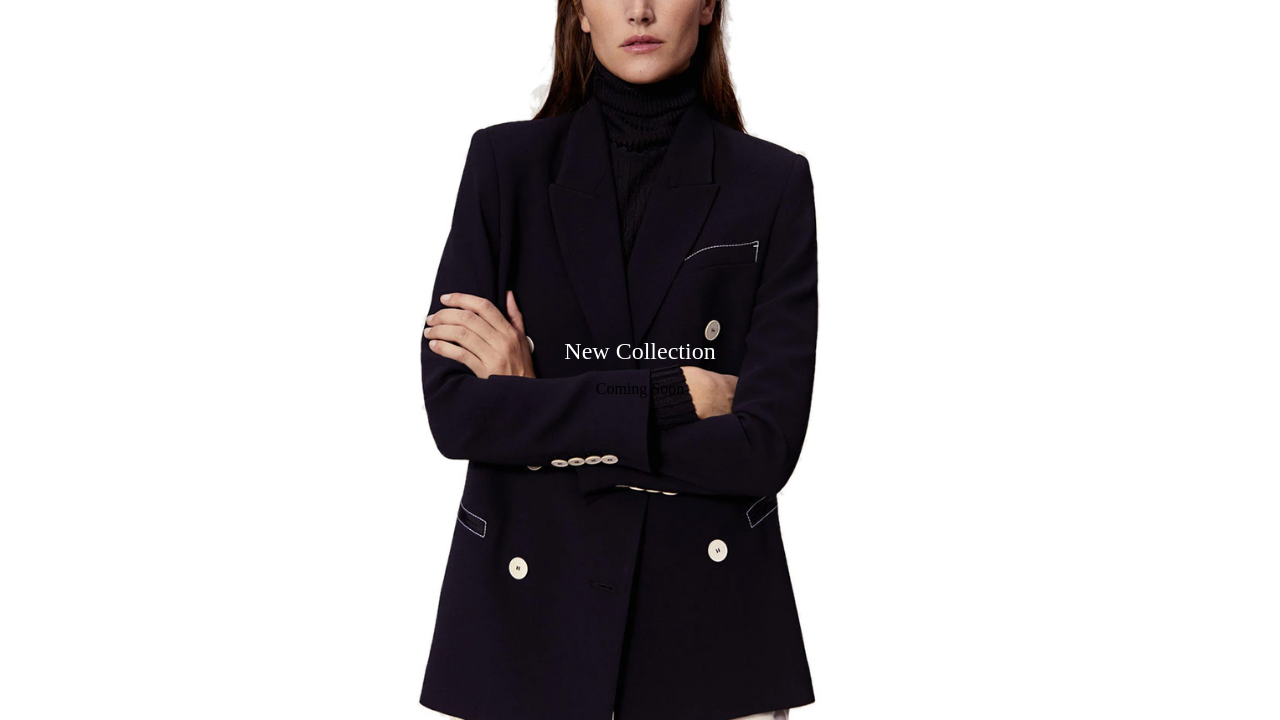
Repository: ST-United-Internship/Modaz-4life
Page: comingsoon&FAQ/coming-soon.html
An editor plug-in stored every save of this project. The page is shown before and after a run of saves, followed by the edit.
The browser window is 1280 px wide. The pictures show the whole page.

Above is the page before, as saved 2023-03-21 14:30:23.

### comingsoon&FAQ/coming-soon.html
<!DOCTYPE html>
<html lang="en">
<head>
    <meta charset="UTF-8">
    <meta http-equiv="X-UA-Compatible" content="IE=edge">
    <meta name="viewport" content="width=device-width, initial-scale=1.0">
    <link rel="stylesheet" type="text/css" href="css/layout.css">
    <title>Document</title>
</head>
<body>
    <section class="container">
        <img src="Assets/Images/bg-parallax2.jpg" alt="">
            <header>New Collection</header>
            <p>Coming Soon</p>
       </section>
    </section>
</body>
</html>

### comingsoon&FAQ/css/layout.css
/* *{
    margin:0;
    padding: 0;
    font-family: 'Lucida Sans', 'Lucida Sans Regular', 'Lucida Grande', 'Lucida Sans Unicode', Geneva, Verdana, sans-serif;
    box-sizing: border-box;
}

.header{
    background: red;
}


body .container{
    width: 100vw;
    height: 100vh;
    background-image: url(../Assets/Images/bg-parallax2.jpg);
    background-position: center;
    background-color: red
} */
/*
.boxed{
    background: red;
}
.parallax2{
    background-image: url(../Assets/Images/bg-parallax2.jpg);
    height: 110vh;
    background-position: center;

}

.parallax2 .overlay{
    position: absolute;
    background-position: center;
    width: 100%;
    height: 70%;
    top: 0;
    left: 0;
    background: rgba(0,0,0,.5);
} */

*{
    margin: 0;
    padding: 0;
    box-sizing: border-box;
}
.container{
    height: 100vh;
    width: 100%;
    display: flex;
    justify-content: center;
    flex-direction: column;
    overflow: hidden;
    align-items: center;
}

.container img{
    position: absolute;
    height: 100%;
    width: 100%;
    object-fit: cover;
    z-index: -1;
}

.container header{
    line-height: 58px;
    color: #fff;
    font-size: 24px;
}

.container p{
    color: ;
}

After the next 3 saves:
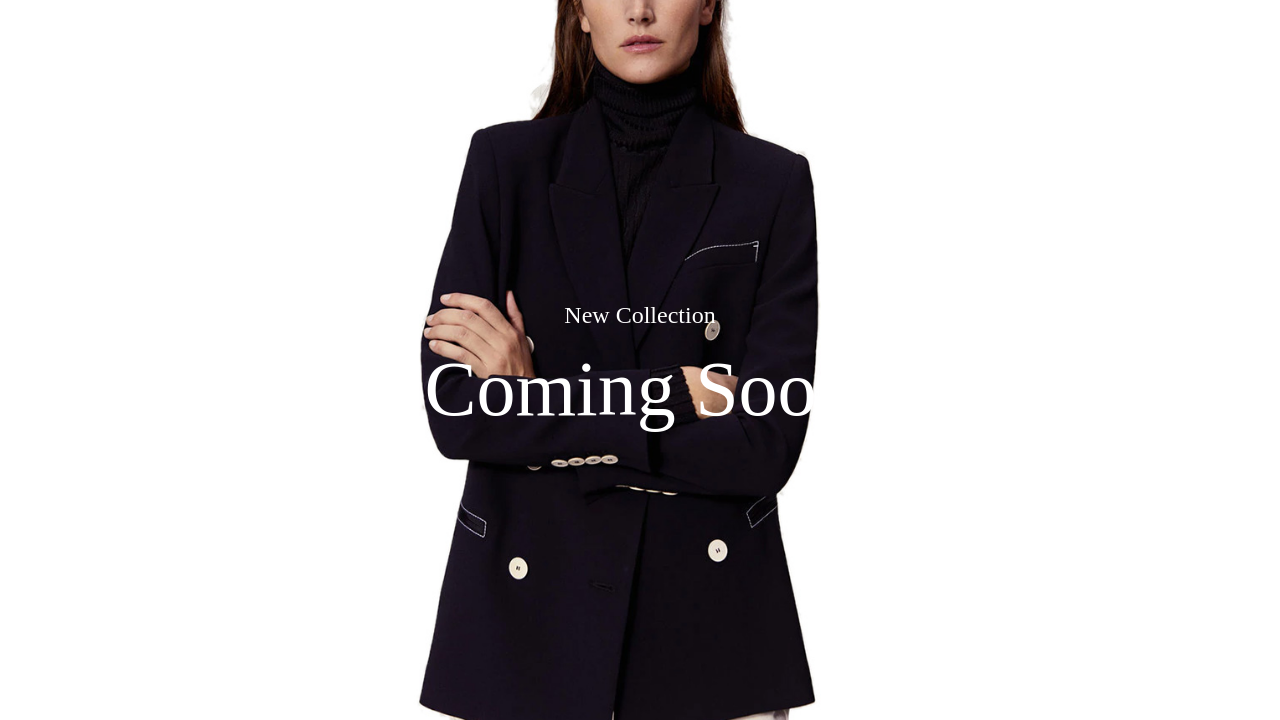
The 3 saves are shown as one change because they came seconds apart.
The last was saved 8 s later.
--- a/comingsoon&FAQ/css/layout.css
+++ b/comingsoon&FAQ/css/layout.css
@@ -68,5 +68,7 @@
 }
 
 .container p{
-    color: ;
+    color: #fff;
+    font-size: 78px;
+
 }
